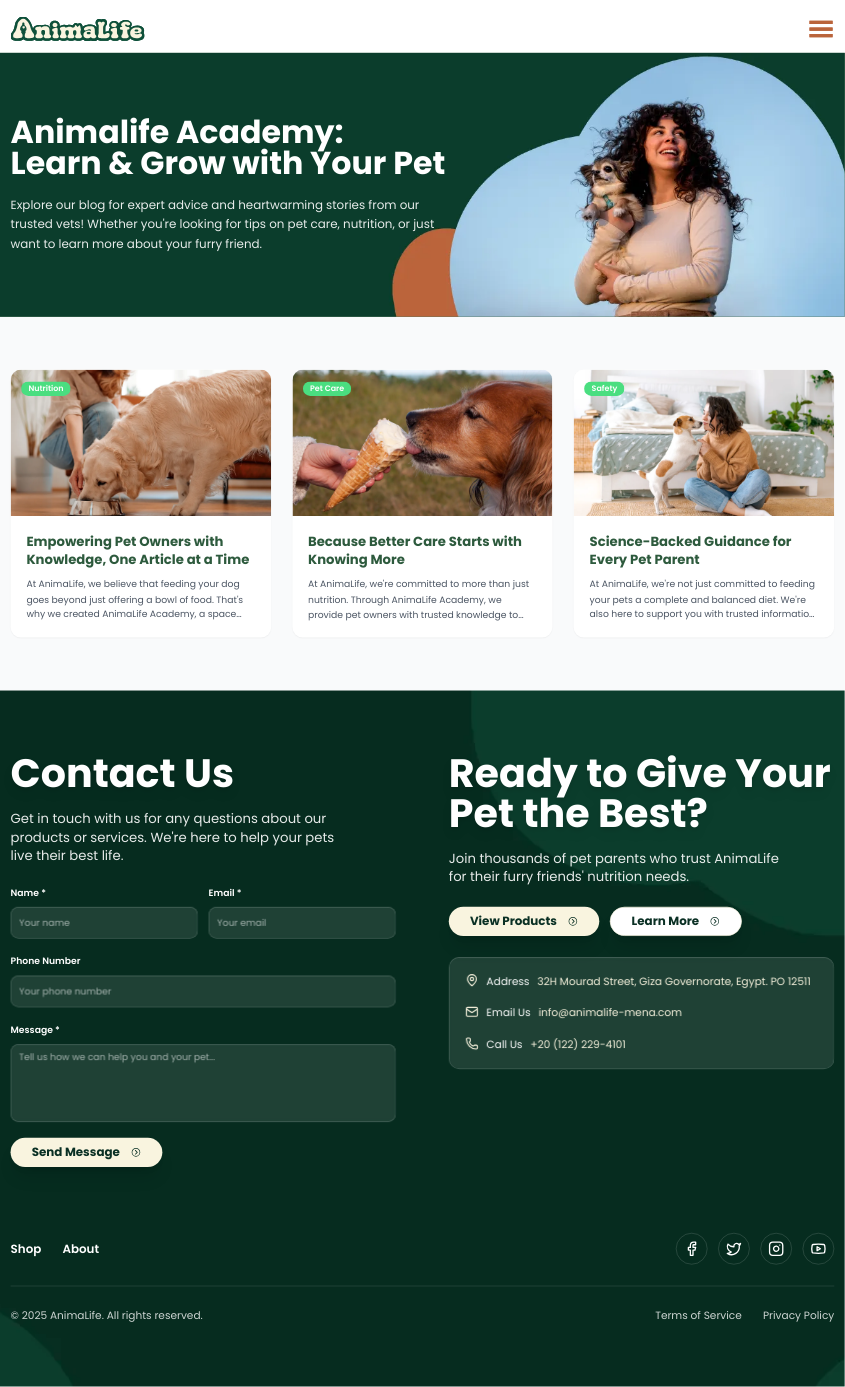
Repository: the-jupiteragency/animalife
Page: /academy
An editor plug-in stored every save of this project. The page is shown before and after the next save, followed by the edit.
The browser window is 1280 px wide. The pictures show the whole page, at 66% of full size.
The project was rebuilt for these pictures with package versions that can differ from the ones it lists, and the page was loaded fresh each time. The framework's server and built-in components were replaced by stand-ins that run in the browser. Also part of the build but not shown: next.config.mjs.

Above is the page before, as saved 2025-08-05 09:29:25.

After the next save:
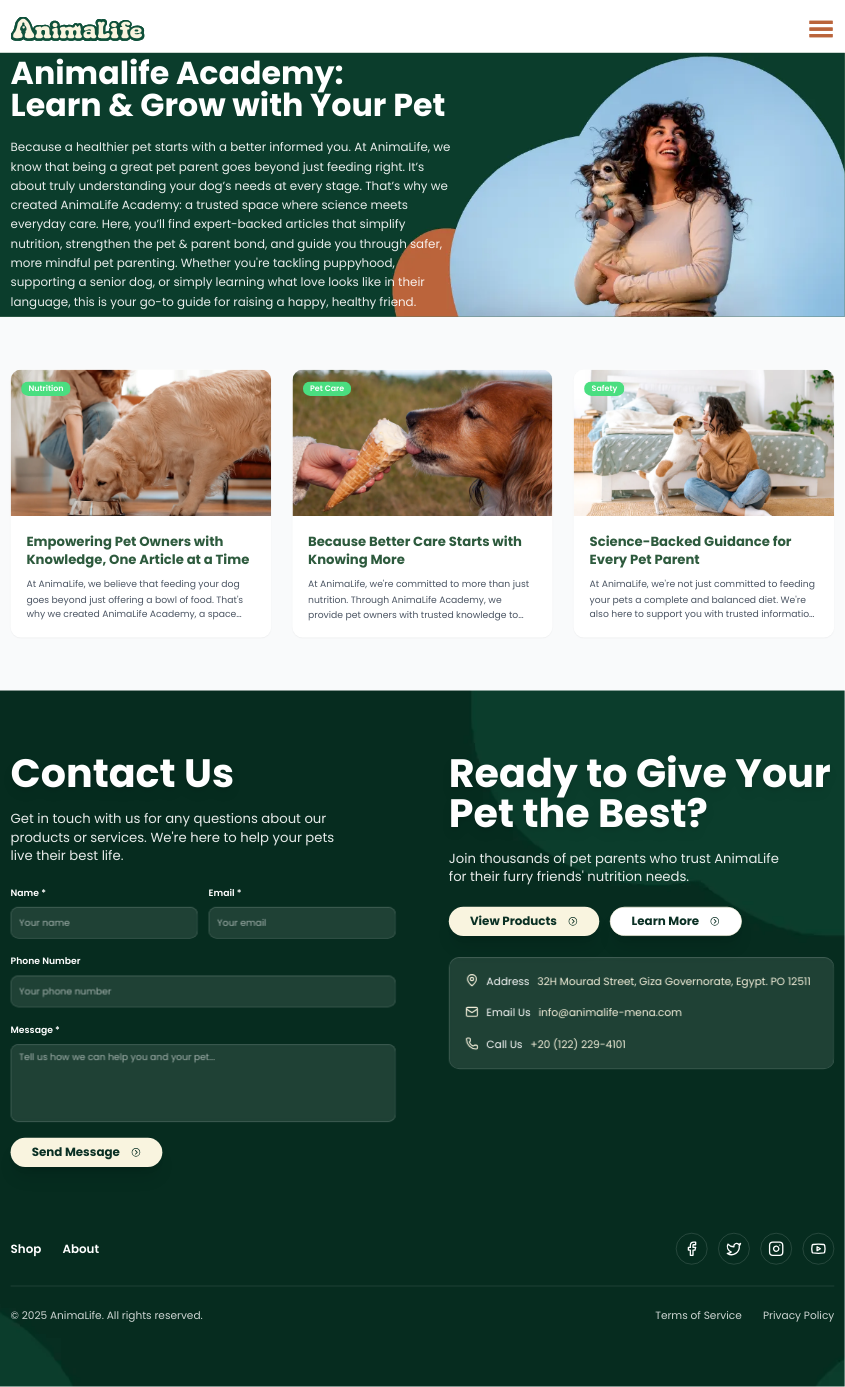
Saved 2 min 22 s later.
--- a/app/academy/page.tsx
+++ b/app/academy/page.tsx
@@ -36,9 +36,17 @@
                 Learn & Grow with Your Pet
               </h1>
               <p className="text-lg text-white/90 leading-relaxed">
-                Explore our blog for expert advice and heartwarming stories from
-                our trusted vets! Whether you're looking for tips on pet care,
-                nutrition, or just want to learn more about your furry friend.
+                Because a healthier pet starts with a better informed you. At
+                AnimaLife, we know that being a great pet parent goes beyond
+                just feeding right. It’s about truly understanding your dog’s
+                needs at every stage. That’s why we created AnimaLife Academy: a
+                trusted space where science meets everyday care. Here, you’ll
+                find expert-backed articles that simplify nutrition, strengthen
+                the pet & parent bond, and guide you through safer, more mindful
+                pet parenting. Whether you're tackling puppyhood, supporting a
+                senior dog, or simply learning what love looks like in their
+                language, this is your go-to guide for raising a happy, healthy
+                friend.
               </p>
             </div>
           </div>
